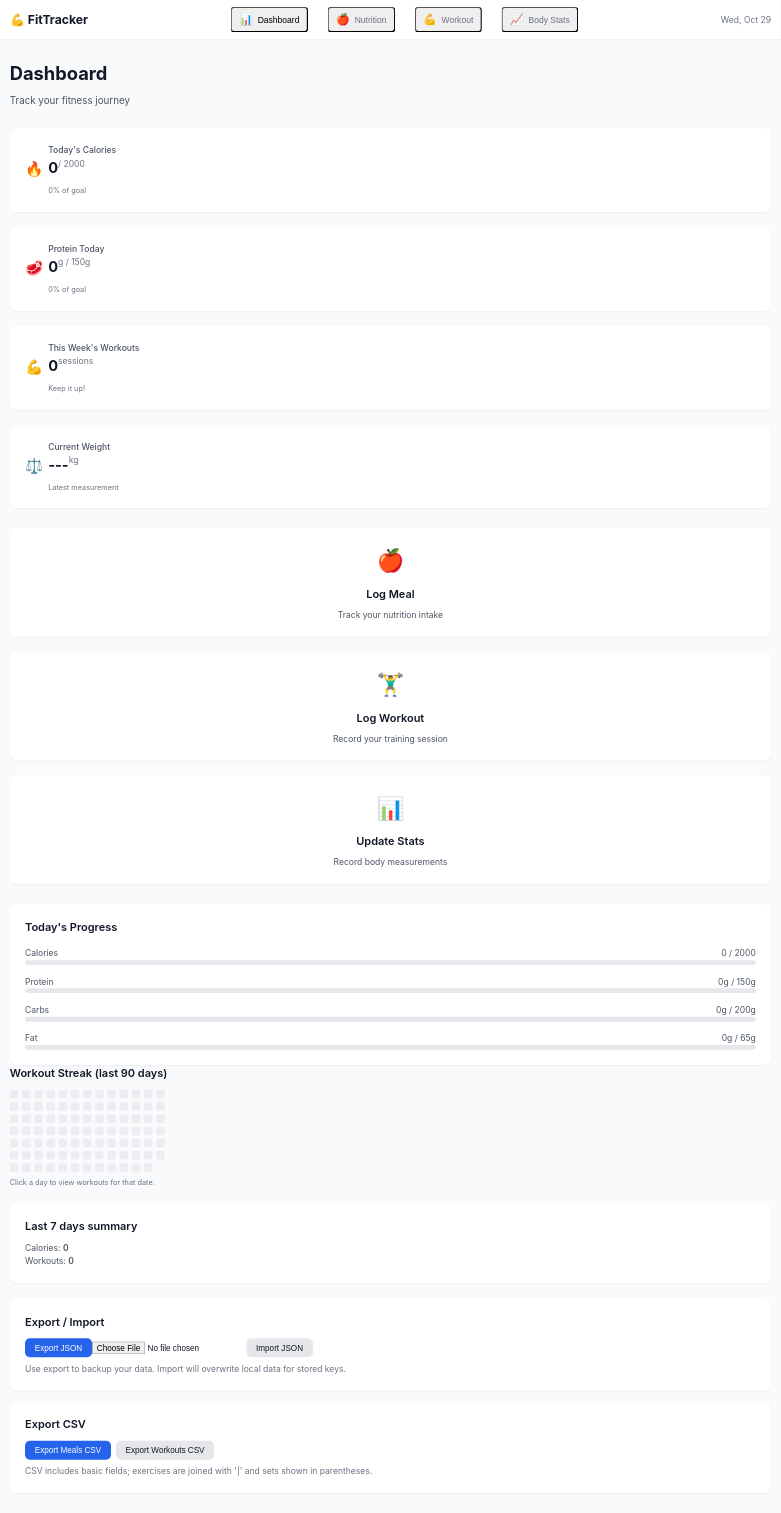
Repository: Apoorv888/Fitness-App
Page: /
The author's editor kept a copy of each file at every save. The page is drawn from the files as they stood at one save, then again after the next save.
The browser window is 1280 px wide. The pictures show the whole page, at 61% of full size.
The project was rebuilt for these pictures with package versions that can differ from the ones it lists, and the page was loaded fresh each time. Also part of the build but not shown: vite.config.ts, src/components/MealForm.tsx, src/components/MealList.tsx, src/components/GoalsForm.tsx, src/components/NutritionCharts.tsx, src/pages/Nutrition.tsx, src/components/WorkoutForm.tsx, src/components/WorkoutList.tsx and 9 more.

Above is the page before, as saved 2025-10-31 10:28:13.

### index.html
<!doctype html>
<html lang="en">
  <head>
    <meta charset="UTF-8" />
    <link rel="icon" type="image/svg+xml" href="/vite.svg" />
    <meta name="viewport" content="width=device-width, initial-scale=1.0" />
    <title>fitness-app</title>
  </head>
  <body>
    <div id="root"></div>
    <script type="module" src="/src/main.tsx"></script>
  </body>
</html>

### src/main.tsx
import { StrictMode, useEffect } from 'react'
import { createRoot } from 'react-dom/client'
import './index.css'
import App from './App.tsx'
import { useMealStore } from './store/mealStore'
import { useWorkoutStore } from './store/workoutStore'
import { useBodyStatsStore } from './store/bodyStatsStore'
import { useGoalsStore } from './store/goalsStore'

function Boot() {
  const { loadMeals } = useMealStore();
  const { loadWorkouts } = useWorkoutStore();
  const { loadBodyStats } = useBodyStatsStore();
  const { loadGoals } = useGoalsStore();

  useEffect(() => {
    loadMeals();
    loadWorkouts();
    loadBodyStats();
    loadGoals();
  }, []);

  return <App />;
}

createRoot(document.getElementById('root')!).render(
  <StrictMode>
    <Boot />
  </StrictMode>,
)

### src/App.tsx
import React, { useState } from 'react';
import { Navbar } from './components/Navbar';
import { Dashboard } from './pages/Dashboard';
import { Nutrition } from './pages/Nutrition';
import { Workout } from './pages/Workout';
import { BodyStats } from './pages/BodyStats';
import './App.css';

function App() {
  const [activeTab, setActiveTab] = useState('dashboard');

  // Listen for external navigation requests (CustomEvent 'request-nav')
  React.useEffect(() => {
    const handler = (e: any) => {
      const tab = e?.detail?.tab;
      if (tab) setActiveTab(tab);
    };
    window.addEventListener('request-nav', handler as EventListener);
    return () => window.removeEventListener('request-nav', handler as EventListener);
  }, []);

  const renderActiveTab = () => {
    switch (activeTab) {
      case 'dashboard':
        return <Dashboard />;
      case 'nutrition':
        return <Nutrition />;
      case 'workout':
        return <Workout />;
      case 'stats':
        return <BodyStats />;
      default:
        return <Dashboard />;
    }
  };

  return (
    <div className="min-h-screen bg-gray-50">
      <Navbar activeTab={activeTab} onTabChange={setActiveTab} />
      <main>
        {renderActiveTab()}
      </main>
    </div>
  );
}

export default App;

### src/store/mealStore.ts
import { create } from 'zustand';
import { v4 as uuidv4 } from 'uuid';
import type { Meal } from '../types';
import { saveToStorage, loadFromStorage } from '../utils/helpers';
import { STORAGE_KEYS } from '../utils/constants';

interface MealStore {
  meals: Meal[];
  addMeal: (meal: Omit<Meal, 'id' | 'createdAt'>) => void;
  deleteMeal: (id: string) => void;
  updateMeal: (id: string, updates: Partial<Meal>) => void;
  getMealsByDate: (date: string) => Meal[];
  getTodayMacros: () => { calories: number; protein: number; carbs: number; fat: number };
  loadMeals: () => void;
}

export const useMealStore = create<MealStore>((set, get) => ({
  meals: [],

  addMeal: (mealData) => {
    const newMeal: Meal = {
      ...mealData,
      id: uuidv4(),
      createdAt: new Date(),
    };

    const updatedMeals = [...get().meals, newMeal];
    set({ meals: updatedMeals });
    saveToStorage(STORAGE_KEYS.MEALS, updatedMeals);
  },

  deleteMeal: (id) => {
    const updatedMeals = get().meals.filter(meal => meal.id !== id);
    set({ meals: updatedMeals });
    saveToStorage(STORAGE_KEYS.MEALS, updatedMeals);
  },

  updateMeal: (id, updates) => {
    const updatedMeals = get().meals.map(meal =>
      meal.id === id ? { ...meal, ...updates } : meal
    );
    set({ meals: updatedMeals });
    saveToStorage(STORAGE_KEYS.MEALS, updatedMeals);
  },

  getMealsByDate: (date) => {
    return get().meals.filter(meal => meal.date === date);
  },

  getTodayMacros: () => {
    const today = new Date().toISOString().split('T')[0];
    const todayMeals = get().getMealsByDate(today);

    return todayMeals.reduce(
      (totals, meal) => ({
        calories: totals.calories + meal.calories,
        protein: totals.protein + meal.protein,
        carbs: totals.carbs + meal.carbs,
        fat: totals.fat + meal.fat,
      }),
      { calories: 0, protein: 0, carbs: 0, fat: 0 }
    );
  },

  loadMeals: () => {
    const storedMeals = loadFromStorage(STORAGE_KEYS.MEALS);
    if (storedMeals) {
      set({ meals: storedMeals });
    }
  },
}));

### src/store/workoutStore.ts
import { create } from 'zustand';
import { v4 as uuidv4 } from 'uuid';
import type { Workout } from '../types';
import { saveToStorage, loadFromStorage } from '../utils/helpers';
import { STORAGE_KEYS } from '../utils/constants';

interface WorkoutStore {
  workouts: Workout[];
  addWorkout: (workout: Omit<Workout, 'id' | 'createdAt'>) => void;
  deleteWorkout: (id: string) => void;
  updateWorkout: (id: string, updates: Partial<Workout>) => void;
  getWorkoutsByDate: (date: string) => Workout[];
  getWorkoutsByWeek: (startDate: string) => Workout[];
  loadWorkouts: () => void;
}

export const useWorkoutStore = create<WorkoutStore>((set, get) => ({
  workouts: [],

  addWorkout: (workoutData) => {
    const newWorkout: Workout = {
      ...workoutData,
      id: uuidv4(),
      createdAt: new Date(),
    };

    const updatedWorkouts = [...get().workouts, newWorkout];
    set({ workouts: updatedWorkouts });
    saveToStorage(STORAGE_KEYS.WORKOUTS, updatedWorkouts);
  },

  deleteWorkout: (id) => {
    const updatedWorkouts = get().workouts.filter(workout => workout.id !== id);
    set({ workouts: updatedWorkouts });
    saveToStorage(STORAGE_KEYS.WORKOUTS, updatedWorkouts);
  },

  updateWorkout: (id, updates) => {
    const updatedWorkouts = get().workouts.map(workout =>
      workout.id === id ? { ...workout, ...updates } : workout
    );
    set({ workouts: updatedWorkouts });
    saveToStorage(STORAGE_KEYS.WORKOUTS, updatedWorkouts);
  },

  getWorkoutsByDate: (date) => {
    return get().workouts.filter(workout => workout.date === date);
  },

  getWorkoutsByWeek: (startDate) => {
    const start = new Date(startDate);
    const end = new Date(start);
    end.setDate(start.getDate() + 6);

    return get().workouts.filter(workout => {
      const workoutDate = new Date(workout.date);
      return workoutDate >= start && workoutDate <= end;
    });
  },

  loadWorkouts: () => {
    const storedWorkouts = loadFromStorage(STORAGE_KEYS.WORKOUTS);
    if (storedWorkouts) {
      set({ workouts: storedWorkouts });
    }
  },
}));

### src/store/bodyStatsStore.ts
import { create } from 'zustand';
import { v4 as uuidv4 } from 'uuid';
import type { BodyStat } from '../types';
import { saveToStorage, loadFromStorage } from '../utils/helpers';
import { STORAGE_KEYS } from '../utils/constants';

interface BodyStatsStore {
  bodyStats: BodyStat[];
  addBodyStat: (stat: Omit<BodyStat, 'id' | 'createdAt'>) => void;
  deleteBodyStat: (id: string) => void;
  updateBodyStat: (id: string, updates: Partial<BodyStat>) => void;
  getLatestWeight: () => number | undefined;
  getWeightTrend: () => 'up' | 'down' | 'stable';
  loadBodyStats: () => void;
}

export const useBodyStatsStore = create<BodyStatsStore>((set, get) => ({
  bodyStats: [],

  addBodyStat: (statData) => {
    const newStat: BodyStat = {
      ...statData,
      id: uuidv4(),
      createdAt: new Date(),
    };

    const updatedStats = [...get().bodyStats, newStat];
    set({ bodyStats: updatedStats });
    saveToStorage(STORAGE_KEYS.BODY_STATS, updatedStats);
  },

  deleteBodyStat: (id) => {
    const updatedStats = get().bodyStats.filter(stat => stat.id !== id);
    set({ bodyStats: updatedStats });
    saveToStorage(STORAGE_KEYS.BODY_STATS, updatedStats);
  },

  updateBodyStat: (id, updates) => {
    const updatedStats = get().bodyStats.map(stat =>
      stat.id === id ? { ...stat, ...updates } : stat
    );
    set({ bodyStats: updatedStats });
    saveToStorage(STORAGE_KEYS.BODY_STATS, updatedStats);
  },

  getLatestWeight: () => {
    const stats = get().bodyStats
      .filter(stat => stat.weight)
      .sort((a, b) => new Date(b.date).getTime() - new Date(a.date).getTime());

    return stats[0]?.weight;
  },

  getWeightTrend: () => {
    const stats = get().bodyStats
      .filter(stat => stat.weight)
      .sort((a, b) => new Date(b.date).getTime() - new Date(a.date).getTime())
      .slice(0, 2);

    if (stats.length < 2) return 'stable';

    const [latest, previous] = stats;
    const diff = latest.weight! - previous.weight!;

    if (Math.abs(diff) < 0.5) return 'stable';
    return diff > 0 ? 'up' : 'down';
  },

  loadBodyStats: () => {
    const storedStats = loadFromStorage(STORAGE_KEYS.BODY_STATS);
    if (storedStats) {
      set({ bodyStats: storedStats });
    }
  },
}));

### src/store/goalsStore.ts
import { create } from 'zustand';
import type { UserGoals } from '../types';
import { saveToStorage, loadFromStorage } from '../utils/helpers';
import { STORAGE_KEYS } from '../utils/constants';

interface UserGoalsStore {
  goals: UserGoals;
  updateGoals: (updates: Partial<UserGoals>) => void;
  loadGoals: () => void;
}

const defaultGoals: UserGoals = {
  dailyCalories: 2000,
  dailyProtein: 150,
  dailyCarbs: 200,
  dailyFat: 65,
  activityLevel: 1.375, // Lightly active
  goal: 'maintain',
};

export const useGoalsStore = create<UserGoalsStore>((set, get) => ({
  goals: defaultGoals,

  updateGoals: (updates) => {
    const updatedGoals = { ...get().goals, ...updates };
    set({ goals: updatedGoals });
    saveToStorage(STORAGE_KEYS.USER_GOALS, updatedGoals);
  },

  loadGoals: () => {
    const storedGoals = loadFromStorage(STORAGE_KEYS.USER_GOALS);
    if (storedGoals) {
      set({ goals: { ...defaultGoals, ...storedGoals } });
    }
  },
}));

### src/components/Navbar.tsx
import React from 'react';

interface NavbarProps {
  activeTab: string;
  onTabChange: (tab: string) => void;
}

const navItems = [
  { id: 'dashboard', label: 'Dashboard', icon: '📊' },
  { id: 'nutrition', label: 'Nutrition', icon: '🍎' },
  { id: 'workout', label: 'Workout', icon: '💪' },
  { id: 'stats', label: 'Body Stats', icon: '📈' },
];

export const Navbar: React.FC<NavbarProps> = ({ activeTab, onTabChange }) => {
  return (
    <nav className="bg-white shadow-sm border-b border-gray-200">
      <div className="max-w-7xl mx-auto px-4 sm:px-6 lg:px-8">
        <div className="flex justify-between h-16">
          <div className="flex items-center">
            <div className="flex-shrink-0">
              <h1 className="text-xl font-bold text-primary-600">
                💪 FitTracker
              </h1>
            </div>
          </div>

          <div className="flex items-center space-x-8">
            {navItems.map((item) => (
              <button
                key={item.id}
                onClick={() => onTabChange(item.id)}
                className={`flex items-center space-x-2 px-3 py-2 rounded-md text-sm font-medium transition-colors duration-200 ${
                  activeTab === item.id
                    ? 'bg-primary-50 text-primary-700 border-b-2 border-primary-600'
                    : 'text-gray-500 hover:text-gray-700 hover:bg-gray-50'
                }`}
              >
                <span className="text-lg">{item.icon}</span>
                <span>{item.label}</span>
              </button>
            ))}
          </div>

          <div className="flex items-center">
            <div className="text-sm text-gray-500">
              {new Date().toLocaleDateString('en-US', {
                weekday: 'short',
                month: 'short',
                day: 'numeric'
              })}
            </div>
          </div>
        </div>
      </div>
    </nav>
  );
};

### src/utils/helpers.ts
// Date utilities
import { format, startOfWeek, endOfWeek, eachDayOfInterval, isToday } from 'date-fns';

export const formatDate = (date: Date) => format(date, 'yyyy-MM-dd');
export const formatDisplayDate = (date: Date) => format(date, 'MMM dd, yyyy');
export const formatTime = (date: Date) => format(date, 'HH:mm');

export const getWeekDays = (date: Date) => {
  const start = startOfWeek(date, { weekStartsOn: 1 }); // Monday
  const end = endOfWeek(date, { weekStartsOn: 1 });
  return eachDayOfInterval({ start, end });
};

export const isTodayDate = (date: Date) => isToday(date);

// Calculate BMI
export const calculateBMI = (weight: number, height: number) => {
  return (weight / (height * height)) * 10000; // height in cm
};

// Calculate calories needed for goal
export const calculateCalorieGoal = (
  weight: number,
  height: number,
  age: number,
  gender: 'male' | 'female',
  activityLevel: number,
  goal: 'lose' | 'maintain' | 'gain'
) => {
  // Mifflin-St Jeor Equation
  let bmr;
  if (gender === 'male') {
    bmr = 10 * weight + 6.25 * height - 5 * age + 5;
  } else {
    bmr = 10 * weight + 6.25 * height - 5 * age - 161;
  }

  const tdee = bmr * activityLevel;

  switch (goal) {
    case 'lose':
      return Math.round(tdee - 500); // 1 lb per week
    case 'gain':
      return Math.round(tdee + 500); // 1 lb per week
    default:
      return Math.round(tdee);
  }
};

// Format numbers
export const formatNumber = (num: number, decimals: number = 1) => {
  return Number(num.toFixed(decimals));
};

// Local storage helpers
export const saveToStorage = (key: string, data: any) => {
  localStorage.setItem(key, JSON.stringify(data));
};

export const loadFromStorage = (key: string) => {
  const stored = localStorage.getItem(key);
  return stored ? JSON.parse(stored) : null;
};

### src/utils/constants.ts
// App constants
export const STORAGE_KEYS = {
  MEALS: 'fitness-app-meals',
  WORKOUTS: 'fitness-app-workouts',
  BODY_STATS: 'fitness-app-body-stats',
  USER_GOALS: 'fitness-app-user-goals',
} as const;

export const ACTIVITY_LEVELS = {
  SEDENTARY: 1.2,
  LIGHTLY_ACTIVE: 1.375,
  MODERATELY_ACTIVE: 1.55,
  VERY_ACTIVE: 1.725,
  EXTREMELY_ACTIVE: 1.9,
} as const;

export const WORKOUT_TYPES = [
  'Push',
  'Pull',
  'Legs',
  'Upper',
  'Lower',
  'Full Body',
  'Cardio',
  'Rest',
] as const;

export const MEAL_TYPES = [
  'Breakfast',
  'Lunch',
  'Dinner',
  'Snack',
] as const;

export const DEFAULT_MACRO_RATIOS = {
  protein: 0.3,
  carbs: 0.4,
  fat: 0.3,
} as const;

export const BODY_MEASUREMENT_TYPES = [
  'weight',
  'bodyFat',
  'muscle',
  'waist',
  'chest',
  'arms',
  'thighs',
] as const;

export type WorkoutType = typeof WORKOUT_TYPES[number];
export type MealType = typeof MEAL_TYPES[number];
export type BodyMeasurementType = typeof BODY_MEASUREMENT_TYPES[number];

### src/components/StatCard.tsx
import React from 'react';

interface StatCardProps {
  title: string;
  value: string | number;
  unit?: string;
  icon: string;
  trend?: 'up' | 'down' | 'stable';
  subtitle?: string;
  color?: 'blue' | 'green' | 'orange' | 'purple';
}

export const StatCard: React.FC<StatCardProps> = ({
  title,
  value,
  unit,
  icon,
  trend,
  subtitle,
  color = 'blue'
}) => {
  const trendIcons = {
    up: '↗️',
    down: '↘️',
    stable: '➡️',
  };

  return (
    <div className="card hover:shadow-md transition-shadow">
      <div className="flex items-center justify-between">
        <div className="flex items-center space-x-2">
          <div className="text-2xl">{icon}</div>
          <div>
            <h3 className="text-sm font-medium text-gray-600">{title}</h3>
            <div className="flex items-baseline space-x-1">
              <span className="text-2xl font-bold text-gray-900">{value}</span>
              {unit && <span className="text-sm text-gray-500">{unit}</span>}
            </div>
            {subtitle && (
              <p className="text-xs text-gray-500 mt-2">{subtitle}</p>
            )}
          </div>
        </div>

        {trend && (
          <div className="text-lg">
            {trendIcons[trend]}
          </div>
        )}
      </div>
    </div>
  );
};

### src/components/ExportImport.tsx
import React, { useRef } from 'react';
import { STORAGE_KEYS } from '../utils/constants';

const KEYS = [STORAGE_KEYS.MEALS, STORAGE_KEYS.WORKOUTS, STORAGE_KEYS.BODY_STATS, STORAGE_KEYS.USER_GOALS];

export const ExportImport: React.FC = () => {
  const fileRef = useRef<HTMLInputElement | null>(null);

  const exportAll = () => {
    const out: any = {};
    for (const k of KEYS) {
      const v = localStorage.getItem(k);
      out[k] = v ? JSON.parse(v) : null;
    }
    const blob = new Blob([JSON.stringify(out, null, 2)], { type: 'application/json' });
    const url = URL.createObjectURL(blob);
    const a = document.createElement('a');
    a.href = url;
    a.download = `fittracker-backup-${new Date().toISOString().slice(0,10)}.json`;
    a.click();
    URL.revokeObjectURL(url);
  };

  const importFile = () => {
    const f = fileRef.current?.files?.[0];
    if (!f) return alert('Select a JSON file to import');
    const reader = new FileReader();
    reader.onload = () => {
      try {
        const parsed = JSON.parse(reader.result as string);
        for (const k of KEYS) {
          if (parsed[k] !== undefined && parsed[k] !== null) {
            localStorage.setItem(k, JSON.stringify(parsed[k]));
          }
        }
        alert('Import complete. Reloading page to apply data.');
        window.location.reload();
      } catch (e) {
        alert('Invalid JSON file');
      }
    };
    reader.readAsText(f);
  };

  return (
    <div className="card">
      <h3 className="text-lg font-semibold mb-3">Export / Import</h3>
      <div className="flex items-center space-x-3">
        <button onClick={exportAll} className="btn-primary">Export JSON</button>
        <input ref={fileRef} type="file" accept="application/json" />
        <button onClick={importFile} className="btn-secondary">Import JSON</button>
      </div>
      <p className="text-sm text-gray-500 mt-2">Use export to backup your data. Import will overwrite local data for stored keys.</p>
    </div>
  );
};

### src/components/ExportCSV.tsx
import React from 'react';
import { useMealStore } from '../store/mealStore';
import { useWorkoutStore } from '../store/workoutStore';

const toCSV = (rows: any[], headers?: string[]) => {
  if (rows.length === 0) return '';
  const keys = headers ?? Object.keys(rows[0]);
  const lines = [keys.join(',')];
  for (const r of rows) {
    lines.push(keys.map(k => {
      const v = r[k] ?? '';
      if (typeof v === 'string') return `"${v.replace(/"/g, '""')}"`;
      return v;
    }).join(','));
  }
  return lines.join('\n');
};

export const ExportCSV: React.FC = () => {
  const meals = useMealStore((s) => s.meals);
  const workouts = useWorkoutStore((s) => s.workouts);

  const exportMeals = () => {
    const rows = meals.map(m => ({ date: m.date, type: m.type, foodName: m.foodName, calories: m.calories, protein: m.protein, carbs: m.carbs, fat: m.fat }));
    const csv = toCSV(rows, ['date','type','foodName','calories','protein','carbs','fat']);
    const blob = new Blob([csv], { type: 'text/csv' });
    const url = URL.createObjectURL(blob);
    const a = document.createElement('a'); a.href = url; a.download = `meals-${new Date().toISOString().slice(0,10)}.csv`; a.click(); URL.revokeObjectURL(url);
  };

  const exportWorkouts = () => {
    const rows = workouts.map(w => ({ date: w.date, type: w.type, duration: w.duration ?? '', exercises: w.exercises.map(e => `${e.name}(${e.sets}x${e.reps}${e.weight? '@'+e.weight:''})`).join('|'), notes: w.notes ?? '' }));
    const csv = toCSV(rows, ['date','type','duration','exercises','notes']);
    const blob = new Blob([csv], { type: 'text/csv' });
    const url = URL.createObjectURL(blob);
    const a = document.createElement('a'); a.href = url; a.download = `workouts-${new Date().toISOString().slice(0,10)}.csv`; a.click(); URL.revokeObjectURL(url);
  };

  return (
    <div className="card">
      <h3 className="text-lg font-semibold mb-3">Export CSV</h3>
      <div className="flex space-x-2">
        <button onClick={exportMeals} className="btn-primary">Export Meals CSV</button>
        <button onClick={exportWorkouts} className="btn-secondary">Export Workouts CSV</button>
      </div>
      <p className="text-sm text-gray-500 mt-2">CSV includes basic fields; exercises are joined with '|' and sets shown in parentheses.</p>
    </div>
  );
};

### src/hooks/useTheme.ts
import { useEffect, useState } from 'react';

const STORAGE_KEY = 'fitness-app-theme';

export const useTheme = () => {
  const [theme, setTheme] = useState<'light' | 'dark'>(() => {
    try {
      const stored = localStorage.getItem(STORAGE_KEY);
      if (stored === 'dark' || stored === 'light') return stored;
    } catch (_) {}
    // default follow prefers-color-scheme
    if (typeof window !== 'undefined' && window.matchMedia && window.matchMedia('(prefers-color-scheme: dark)').matches) {
      return 'dark';
    }
    return 'light';
  });

  useEffect(() => {
    try { localStorage.setItem(STORAGE_KEY, theme); } catch (_) {}
    if (theme === 'dark') {
      document.documentElement.setAttribute('data-theme', 'dark');
    } else {
      document.documentElement.removeAttribute('data-theme');
    }
  }, [theme]);

  const toggle = () => setTheme(t => t === 'dark' ? 'light' : 'dark');

  return { theme, setTheme, toggle } as const;
};

Loaded but not shown: src/pages/Dashboard.tsx (204 lines, source omitted); src/index.css (280 lines, source omitted); src/components/WorkoutHeatmap.tsx (96 lines, source omitted)

After the next save:
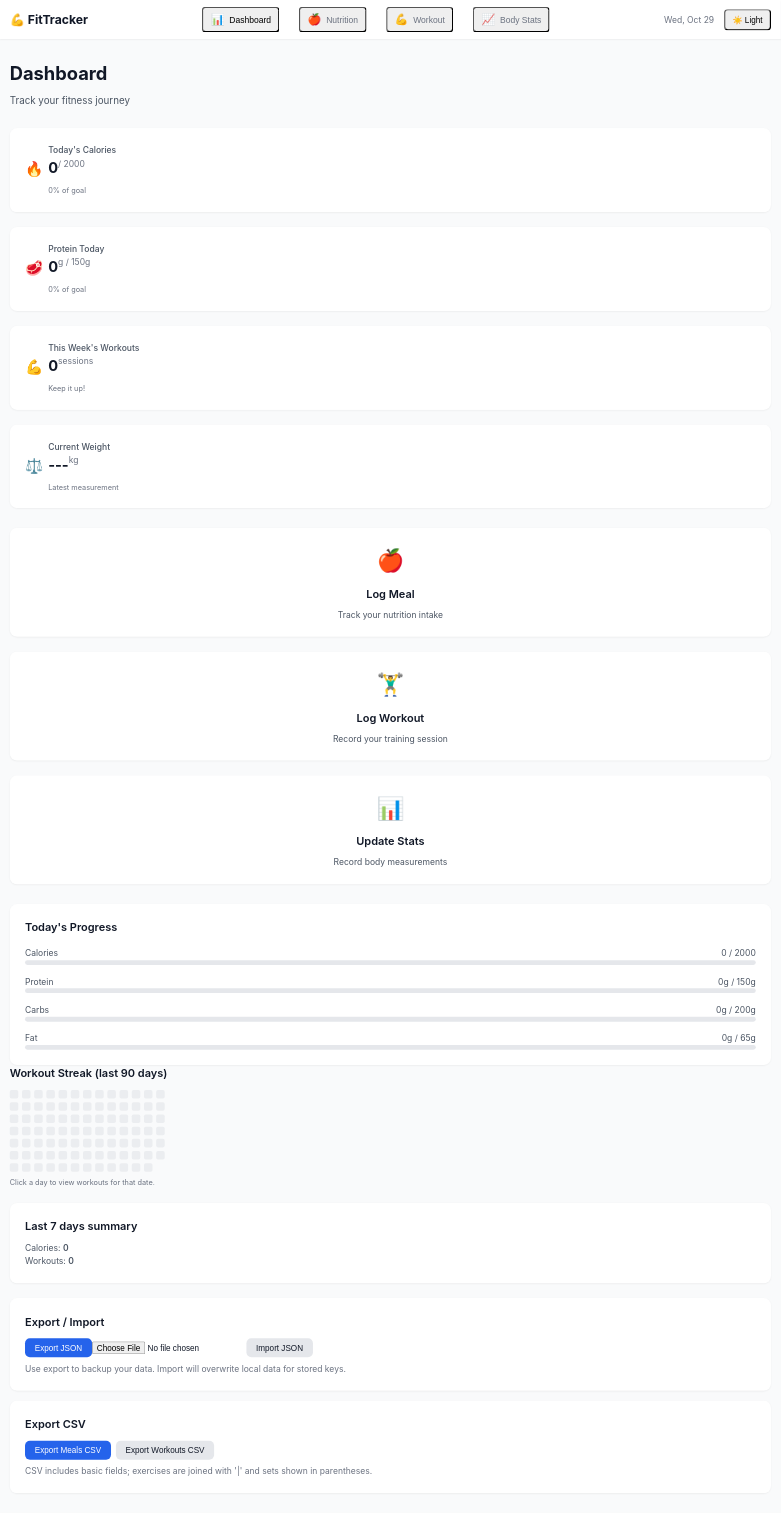
Saved 23 s later.
--- a/src/components/Navbar.tsx
+++ b/src/components/Navbar.tsx
@@ -1,4 +1,5 @@
 import React from 'react';
+import { useTheme } from '../hooks/useTheme';
 
 interface NavbarProps {
   activeTab: string;
@@ -13,8 +14,9 @@ const navItems = [
 ];
 
 export const Navbar: React.FC<NavbarProps> = ({ activeTab, onTabChange }) => {
+  const { theme, toggle } = useTheme();
   return (
-    <nav className="bg-white shadow-sm border-b border-gray-200">
+    <nav className="shadow-sm border-b border-gray-200" style={{ background: 'var(--card-bg)' }}>
       <div className="max-w-7xl mx-auto px-4 sm:px-6 lg:px-8">
         <div className="flex justify-between h-16">
           <div className="flex items-center">
@@ -42,14 +44,16 @@ export const Navbar: React.FC<NavbarProps> = ({ activeTab, onTabChange }) => {
             ))}
           </div>
 
-          <div className="flex items-center">
-            <div className="text-sm text-gray-500">
+          <div className="flex items-center space-x-4">
+            <div className="text-sm" style={{ color: 'var(--muted)' }}>
               {new Date().toLocaleDateString('en-US', {
-                weekday: 'short',
-                month: 'short',
-                day: 'numeric'
+                weekday: 'short', month: 'short', day: 'numeric'
               })}
             </div>
+
+            <button onClick={toggle} className="px-3 py-2 rounded-md" aria-label="Toggle theme">
+              {theme === 'dark' ? '🌙 Dark' : '☀️ Light'}
+            </button>
           </div>
         </div>
       </div>
